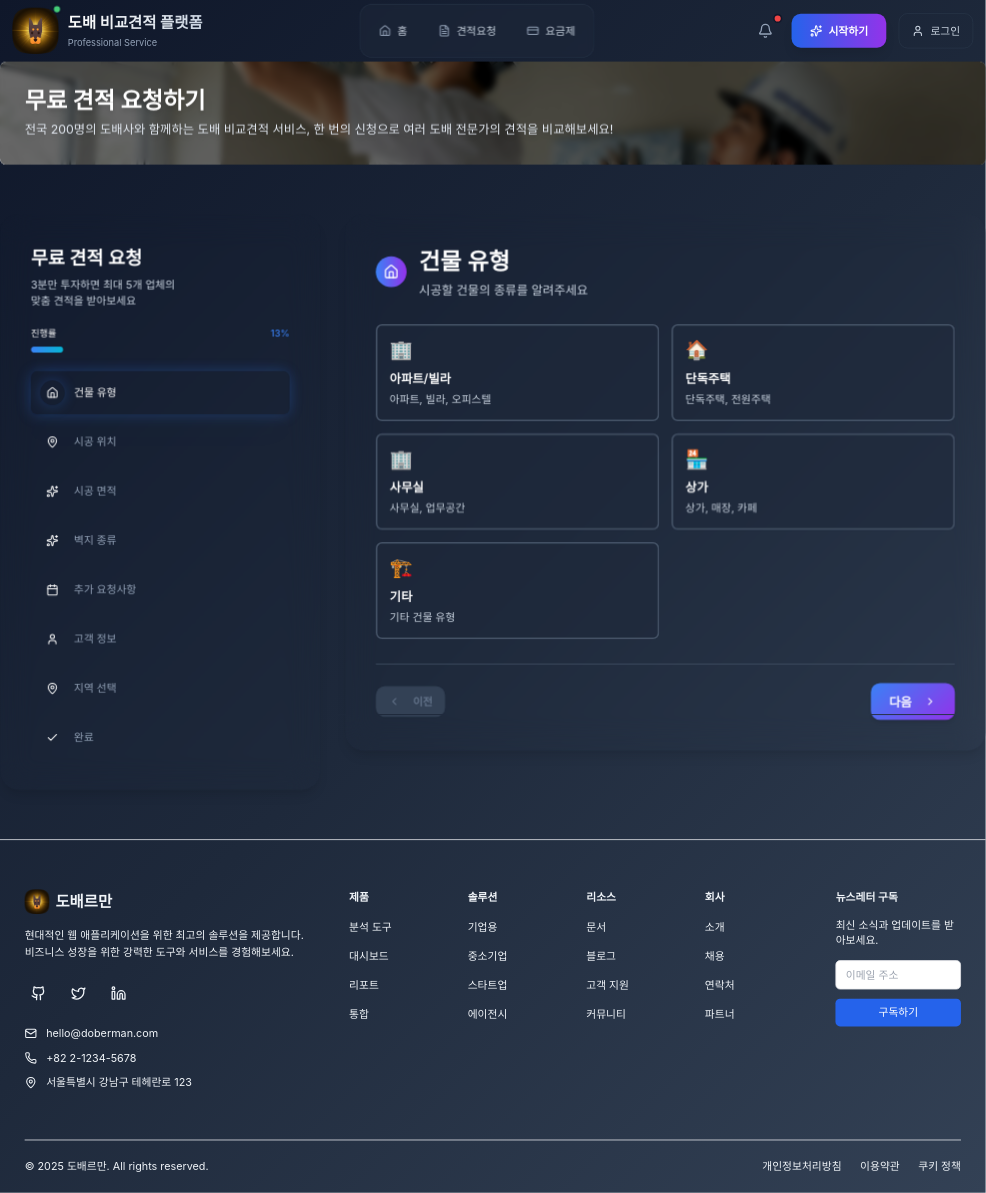
Repository: rambozzang/doberman_nextjs
Page: /quote-request
An editor plug-in stored every save of this project. The page is shown before and after the next save, followed by the edit.
The browser window is 1280 px wide. The pictures show the whole page, at 77% of full size.
The project was rebuilt for these pictures with package versions that can differ from the ones it lists, and the page was loaded fresh each time. The framework's server and built-in components were replaced by stand-ins that run in the browser. Also part of the build but not shown: next.config.mjs, next.config.ts, src/components/LoginModal.tsx.

Above is the page before, as saved 2025-06-22 13:43:44.

After the next save:
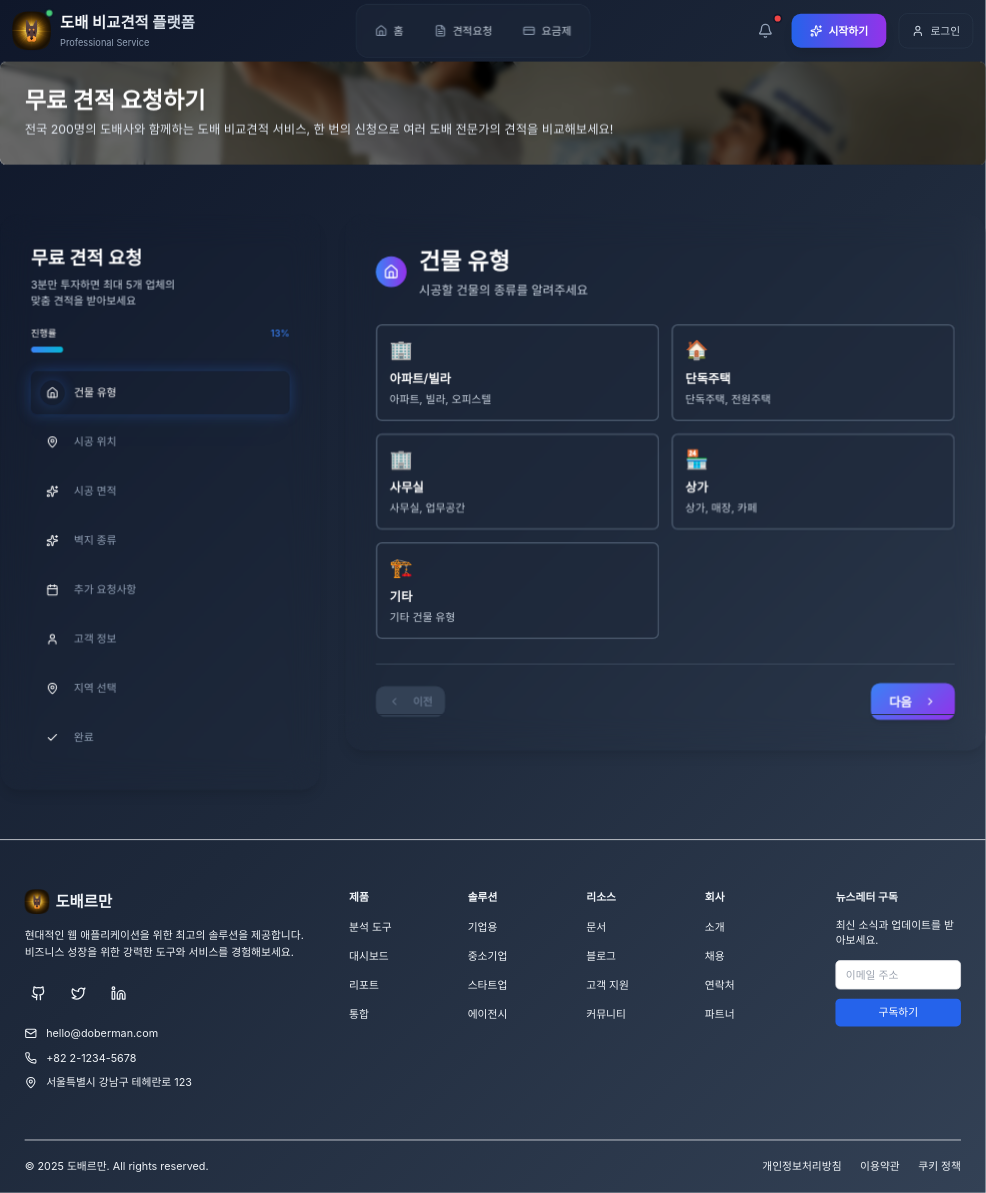
Saved 5 s later.
--- a/src/components/Header.tsx
+++ b/src/components/Header.tsx
@@ -101,7 +101,7 @@ const Header: React.FC<HeaderProps> = ({
                   {/* <div className="w-10 h-10 bg-gradient-to-br from-blue-500 to-purple-600 rounded-xl flex items-center justify-center shadow-lg group-hover:shadow-blue-500/25 transition-all duration-300">
                     <span className="text-white font-bold text-lg">🐕</span>
                   </div> */}
-                  <Image src={"/logo.png"} alt="logo" width={60} height={40} />
+                  <Image src={"/logo.png"} alt="logo" width={50} height={50} />
                   <div className="absolute -top-1 -right-1 w-3 h-3 bg-green-400 rounded-full border-2 border-slate-900 animate-pulse"></div>
                 </div>
                 <div className="hidden sm:block">
